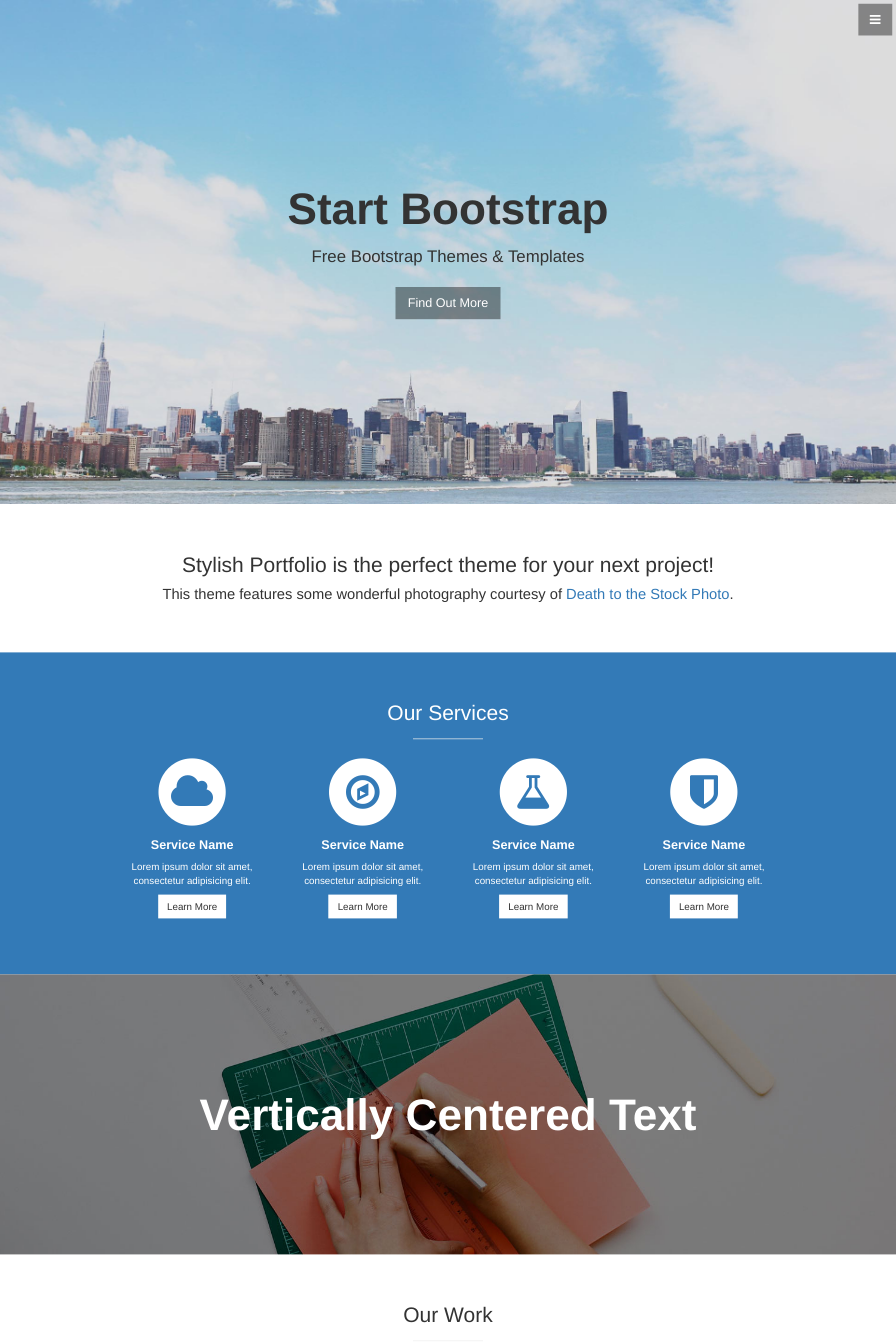
Repository: rsanttos/AmamentAcaoPage
Page: AmamentAcao/WebContent/index.html
An editor plug-in stored every save of this project. The page is shown before and after the next save, followed by the edit.
The browser window is 1280 px wide. The pictures show the part of the page from y = 0 to 1920 px (the page is 3885 px tall), at 70% of full size.
Some web fonts or font styles are not loaded; a fallback is used.

Above is the page before, as saved 2016-11-24 19:33:21.

After the next save:
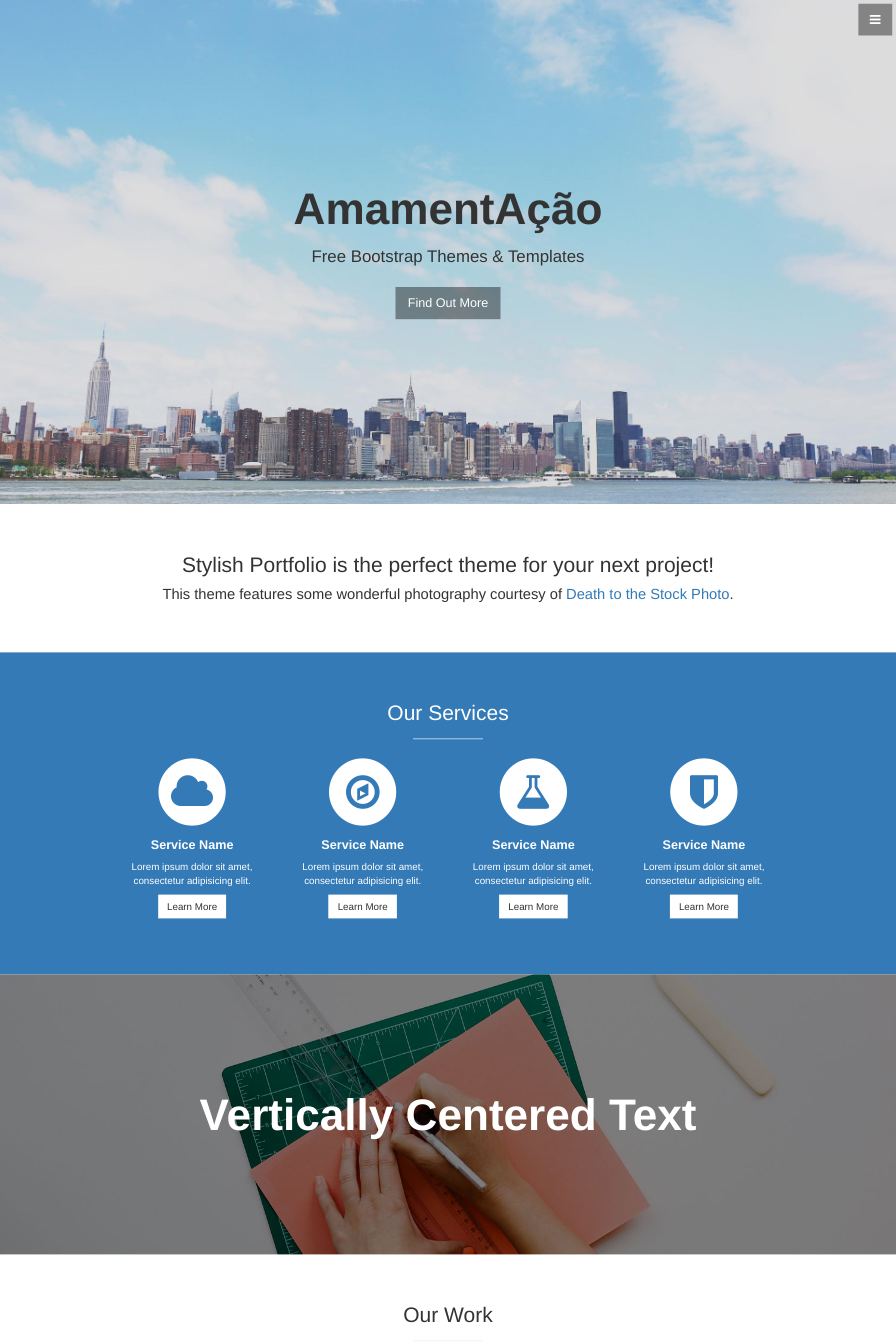
Saved 11 s later.
--- a/AmamentAcao/WebContent/index.html
+++ b/AmamentAcao/WebContent/index.html
@@ -61,7 +61,7 @@
     <!-- Header -->
     <header id="top" class="header">
         <div class="text-vertical-center">
-            <h1>Start Bootstrap</h1>
+            <h1>AmamentAção</h1>
             <h3>Free Bootstrap Themes &amp; Templates</h3>
             <br>
             <a href="#about" class="btn btn-dark btn-lg">Find Out More</a>
